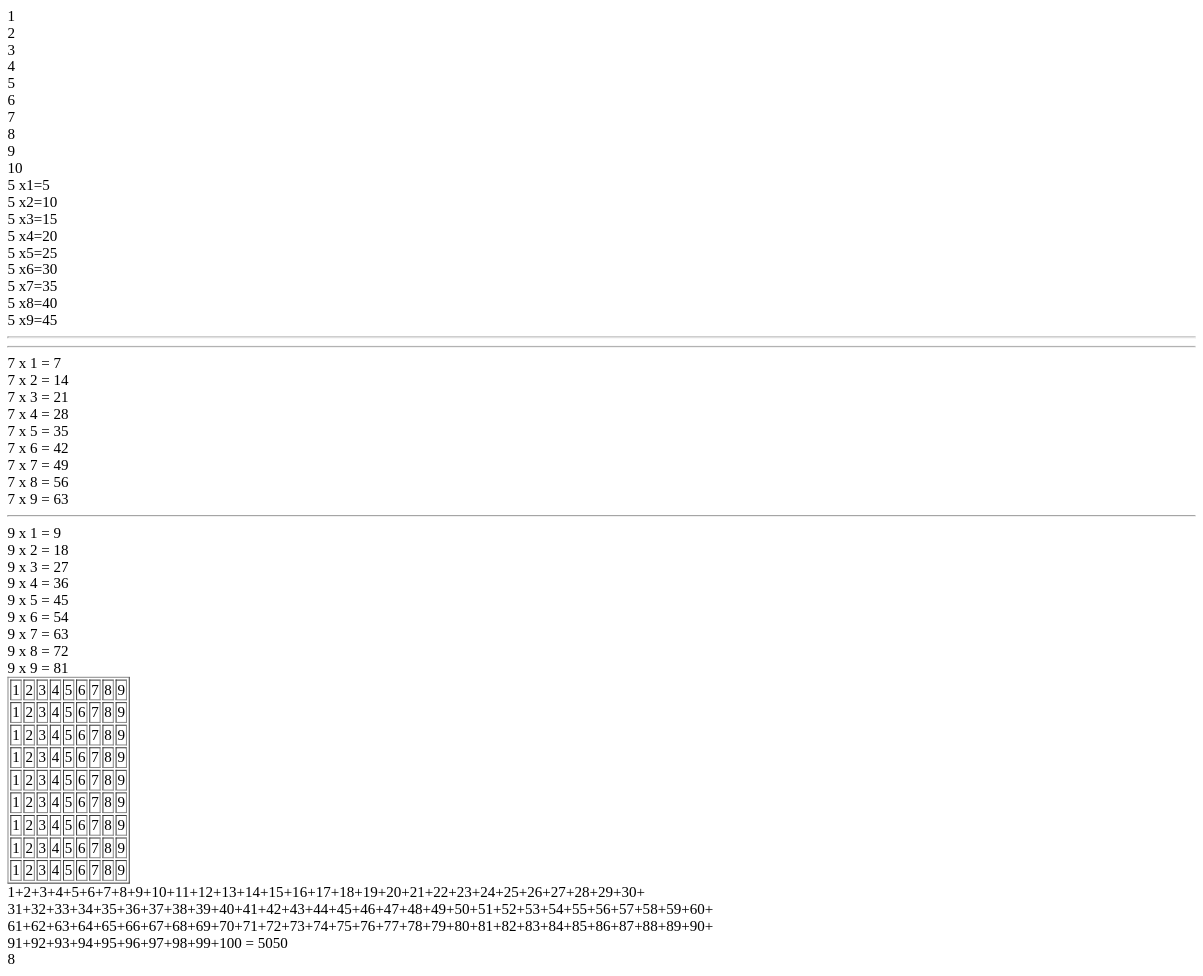
Repository: jeong3/Real_Time_Date
Page: http://localhost/jspGrammar1/Scriptlet.jsp
An editor plug-in stored every save of this project. The page is shown before and after the next save, followed by the edit.
The browser window is 1280 px wide. The pictures show the whole page, at 94% of full size.
The page is served by Tomcat 9.

Above is the page before, as saved 2024-08-30 03:38:37.

### eclipse/eclipse-workspace/jspGrammar1/src/main/webapp/Scriptlet.jsp
<%@ page language="java" contentType="text/html; charset=UTF-8"
	pageEncoding="UTF-8"%>

<!-- 지시부 -->
<%@page import="java.util.Calendar , java.util.Date"%>


<%!//선언 : 변수, 메서드
	int j = 100;

	public int calc(int num1, int num2, String opt) {
		int result = 0;
		if (opt.equals("+")) {
			result = num1 + num2;
		} else if (opt.equals("-")) {
			result = num1 - num2;
		} else if (opt.equals("*")) {
			result = num1 * num2;
		} else if (opt.equals("/")) {
			result = num1 / num2;
		}
		return result;
	}%>
<!DOCTYPE html>
<html>
<head>
<meta charset="UTF-8">
<title>Insert title here</title>
</head>
<body>
	<%
	//scriptlet
	for (int i = 1; i <= 10; i++) {
		out.print(i + "<br />");
	}
	for (int gop = 1; gop <= 9; gop++) {
		out.print("5 x" + gop + "=" + 5 * gop + "<br />");
	}
	out.print("<hr />");
	%>
	<hr />
	<%
	for (int gop = 1; gop <= 9; gop++) {
		out.print("7 x " + gop + " = " + 7 * gop + "<br />");
	}
	%>
	<hr />
	<%
	for (int gop = 1; gop <= 9; gop++) {
	%>
	<!-- 표현식 -->
	<%="9 x " + gop + " = " + 9 * gop + "<br />"%>
	<%
	}
	%>

	<table border=1>
		<%
		for (int tr = 1; tr <= 9; tr++) {
			out.print("<tr>");
			for (int td = 1; td <= 9; td++) {
				out.print("<td>" + td + "</td>");
			}
			out.print("</tr>");
		}
		%>
	</table>
	<%
	int sum = 0;
	for (int i = 1; i <= 100; i++) {
		sum += i;
		if (i <= 99) {
			out.print(i + "+");
			if (i % 30 == 0) {
		out.print("<br/>");
			}
		}
		if (i == 100) {
			out.print(i);
		}
	}
	out.print(" = " + sum);
	%>
	<br />
	<%=calc(3, 5, "+")%>
	<br />







</body>
</html>

After the next save:
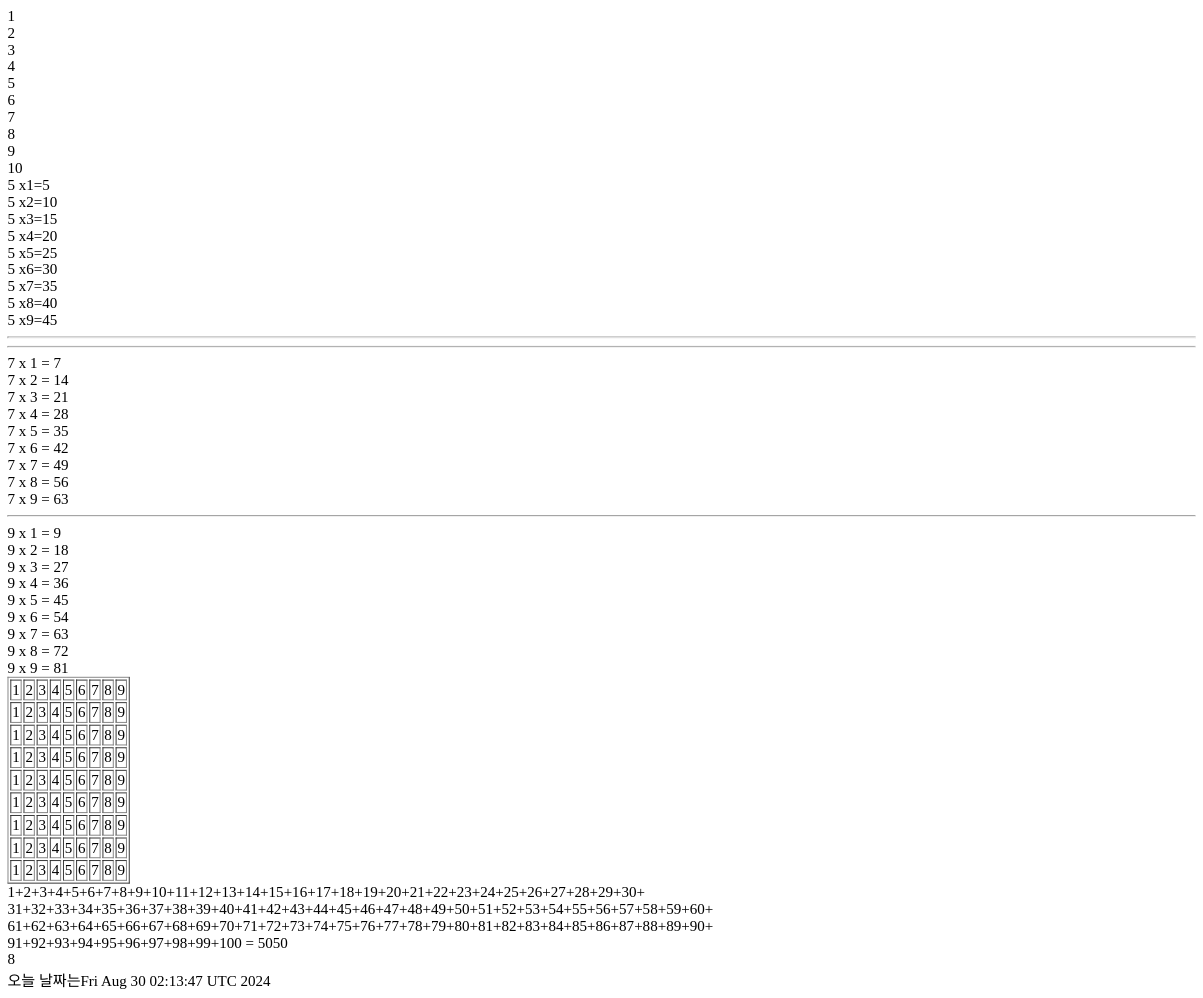
Saved 56 s later.
--- a/eclipse/eclipse-workspace/jspGrammar1/src/main/webapp/Scriptlet.jsp
+++ b/eclipse/eclipse-workspace/jspGrammar1/src/main/webapp/Scriptlet.jsp
@@ -84,8 +84,10 @@
 	<br />
 	<%=calc(3, 5, "+")%>
 	<br />
-
-
+	<%
+		Calendar cal = Calendar.getInstance();
+	%>
+	<%= "오늘 날짜는" + cal.getTime() %>
 
 
 
